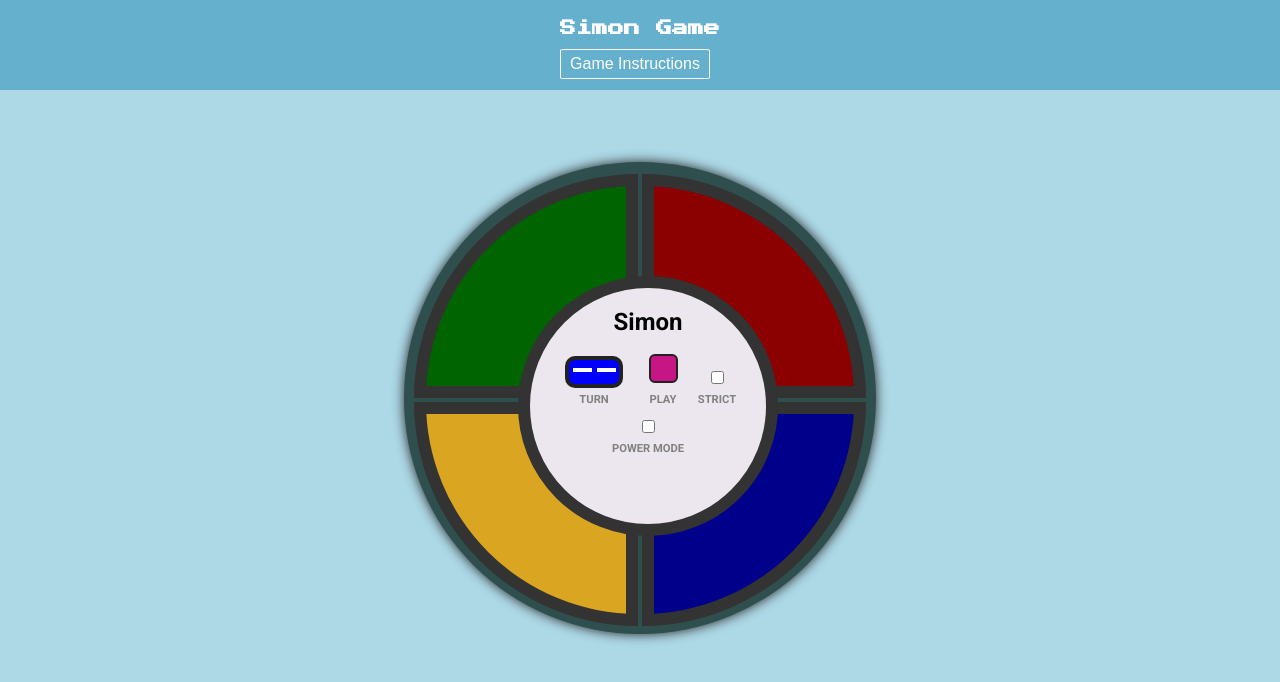
Repository: bbarbara19/memorygame
Page: index.html
The author's editor kept a record of every edit. The page is drawn from the files as they stood at one moment, then again after the next edit.
The browser window is 1280 px wide. The pictures show the whole page.

Above is the page before.

After the next edit:
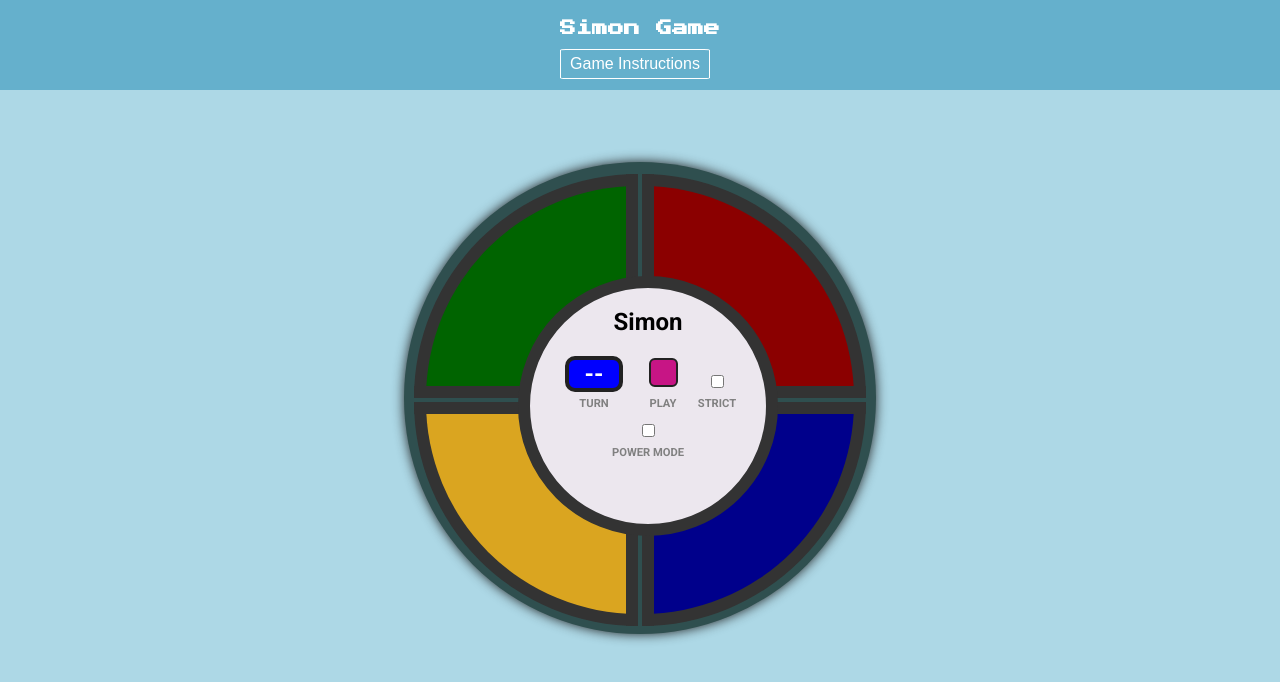
The edit:
--- a/index.html
+++ b/index.html
@@ -41,7 +41,7 @@
          <h2>Simon</h2>
          <div class="rw">
              <div class="display inline">
-                 <h1 class="counter boxTurn" id="Counter">--</h1>
+                 <h2 class="counter boxTurn" id="Counter">--</h2>
                  <h3 class="label">TURN</h3>
              </div>
              <div class="btn-box inline">
